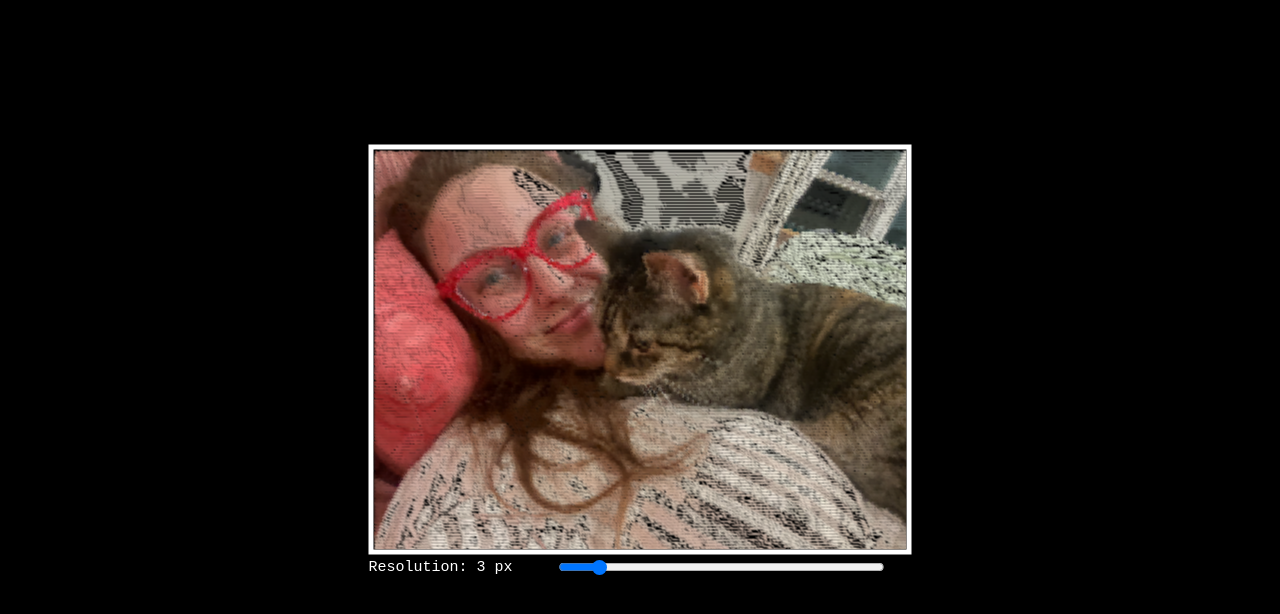
Repository: rosieomusic/ascii-art
Page: index.html
An editor plug-in stored every save of this project. The page is shown before and after the next save, followed by the edit.
The browser window is 1280 px wide. The pictures show the whole page.

Above is the page before, as saved 2025-04-17 02:21:52.

After the next save:
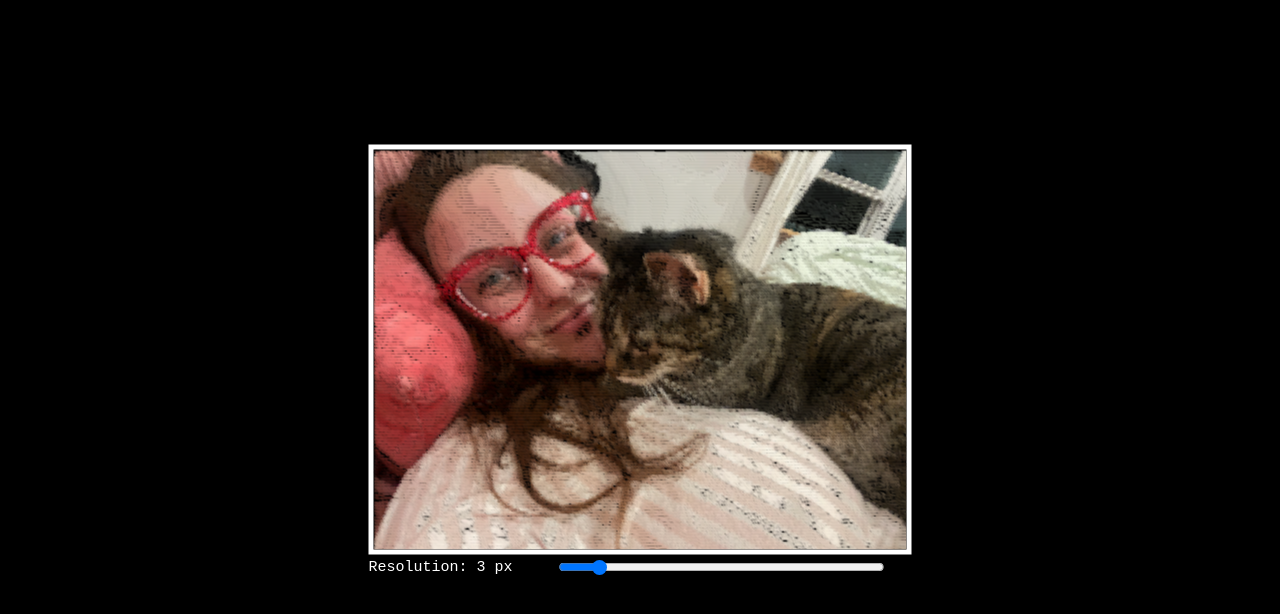
Saved 50 s later.
--- a/script.js
+++ b/script.js
@@ -44,9 +44,10 @@
 		// @#W$9876543210?!abc;:+=-,._
 		// .,:ilwW"
 		// '$@B%8&WM#*oahkbdpqwmZO0QLCJUYXzcvunxrjft/|()1{}[]?-_+~<>i!lI;:,"^`'
+		//`^",:;Il!i><~+_-?][}{1)(|/tfjrxnuvczXYUJCLQ0OZmwqpdbkhao*#MW&8%B@$
 
 		const asciiGradient =
-			'$@B%8&WM#*oahkbdpqwmZO0QLCJUYXzcvunxrjft/|()1{}[]?-_+~<>i!lI;:,"^`';
+			' .`^",:;Il!i><~+_-?][}{1)(|/tfjrxnuvczXYUJCLQ0OZmwqpdbkhao*#MW&8%B@$';
 
 		const index = Math.floor((g / 255) * (asciiGradient.length - 1));
 		return asciiGradient[index];
